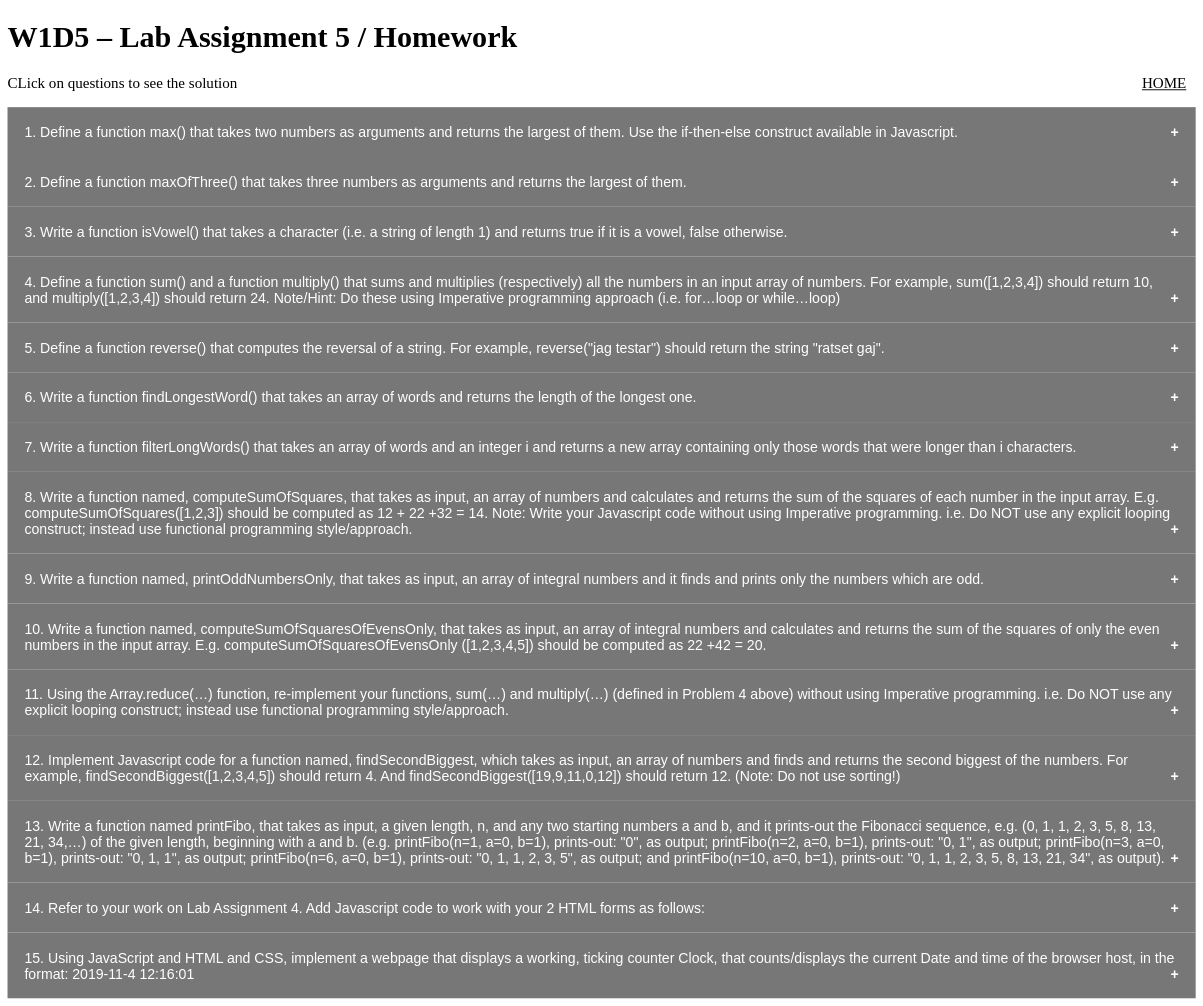
Repository: luqmang316/luqmang316.github.io
Page: BasicJavaScript/BasicJavaScript.html
The author's editor kept a copy of each file at every save. The page is drawn from the files as they stood at one save, then again after the next save.
The browser window is 1280 px wide. The pictures show the whole page, at 94% of full size.

Above is the page before, as saved 2020-11-08 15:34:22.

### BasicJavaScript/BasicJavaScript.html
<!DOCTYPE html>
<html lang="en">

<head>
    <meta charset="UTF-8">
    <meta name="viewport" content="width=device-width, initial-scale=1.0">
    <title>Document</title>
    <link rel="stylesheet" type="text/css" href="../css/BasicJavaScript.css">
    <script src="../js/BasicJavaScript.js" type="text/javascript"></script>
</head>

<body>
    <h1> W1D5 – Lab Assignment 5 / Homework</h1>
    <a class="home" href="../index.html">HOME</a>

    <p>CLick on questions to see the solution</p>
    <button class="collapsible">1. Define a function max() that takes two numbers as arguments and returns the largest of them. Use the if-then-else construct available in Javascript.</button>
    <div class="content">

        <div class="box-left-column">
            <span>Find the Max between two numbers i.e 7,8</span>
            <p>
                <button onclick="max(7,8);">Find Max</button>
                <span>Result:</span>
                <span id="output"></span>
            </p>
        </div>

        <div class="box-right-column">
            <pre>
                &lt;script&gt;
                function max(num1 ,  num2) {
                    if(num1>num2)
                        return num1;
                    else
                        return num1
                }
                &lt;/script&gt;
            </pre>
        </div>
    </div>
    <button class="collapsible">2.	Define a function maxOfThree() that takes three numbers as arguments and returns the largest of them.</button>
    <div class="content">
        <div class="box-left-column">
            <span>Find the Max between three numbers i.e 7,8,121</span>
            <p>
                <button onclick="findMaxNumber(7,8,121);">Find Max</button>
                <span>Result:</span>
                <span id="output2"></span>
            </p>
        </div>

        <div class="box-right-column">
            <pre>
                &lt;script&gt;
                function findMaxNumber() {
                    let max = -Infinity;
                    for (let i = 0; i < arguments.length; i++) {
                        if (arguments[i] > max) {
                            max = arguments[i];
                        }
                    }
                    return max;
                }
                &lt;/script&gt;
            </pre>
        </div>
    </div>

    <button class="collapsible">3.	Write a function isVowel() that takes a character (i.e. a string of length 1) and returns true if it is a vowel, false otherwise.</button>
    <div class="content">
        <div class="box-left-column">
            <span>Check Weather the letter 'i' is Vowel or not</span>
            <p>
                <button onclick="isVowel('i');">Check Vowel</button>
                <span>Result:</span>
                <span id="output3"></span>
            </p>
        </div>

        <div class="box-right-column">
            <pre>
                &lt;script&gt;
                function isVowel(c) {
                    var result;
                    result = c == "A" || c == "a" || c == "E" || c == "e" || c == "I" || c == "i" || c == "O" || c == "o" || c == "U" || c == "u";
                    return result;
                }
                &lt;/script&gt;
            </pre>
        </div>
    </div>

    <button class="collapsible">4. Define a function sum() and a function multiply() that sums and multiplies (respectively) all the numbers in an input array of numbers. For example, sum([1,2,3,4]) should return 10, and multiply([1,2,3,4]) should return 24. Note/Hint: Do these using Imperative programming approach (i.e. for…loop or while…loop)</button>
    <div class="content">
        <div class="box-left-column">
            <span>For example, sum([1,2,3,4]) should return 10, and multiply([1,2,3,4]) should return 24.</span>
            <p>
                <button onclick="sum([1,2,3,4]);">Check Sum</button>
                <span>Sum Result:</span>
                <span id="output4a"></span>
                <button onclick="multiply([1,2,3,4]);">Check Multiply</button>
                <span>Multiply Result:</span>
                <span id="output4b"></span>
            </p>
        </div>

        <div class="box-right-column">
            <pre>
                &lt;script&gt;
                function sum(arr) {
                    let total = 0;
                    for (let i in arr) {
                        total += arr[i];
                    }
                    return total;
                }

                function multiply(arr) {
                    let total = 1;
                    for (let i in arr) {
                        total *= arr[i];
                    }
                    return total;
                }
                &lt;/script&gt;
            </pre>
        </div>
    </div>


    <button class="collapsible">5.	Define a function reverse() that computes the reversal of a string. For example, reverse("jag testar") should return the string "ratset gaj".</button>
    <div class="content">
        <div class="box-left-column">
            <span>For example, reverse("jag testar") should return the string "ratset gaj".</span>
            <p>
                <button onclick="reverse('jag testar');">Find Reverse</button>
                <span>Result:</span>
                <span id="output5"></span>
            </p>
        </div>

        <div class="box-right-column">
            <pre>
                &lt;script&gt;
                function reverse(oldstr) {
                    let reverseStr='';
                    for (let i = oldstr.length - 1; i >= 0; i--) {
                        reverseStr += oldstr[i];
                    }
                    return reverseStr;
                }
                &lt;/script&gt;
            </pre>
        </div>
    </div>


    <button class="collapsible">6.	Write a function findLongestWord() that takes an array of words and returns the length of the longest one.</button>
    <div class="content">
        <div class="box-left-column">
            <span>Find the findLongestWord() i.e owais ,obina ,Maharishi, john , alice</span>
            <p>
                <button onclick="findLongestWord(['owais' ,'obina' ,'Maharishi']);">Find Longest Word</button>
                <span>Result:</span>
                <span id="output6"></span>
            </p>
        </div>

        <div class="box-right-column">
            <pre>
                &lt;script&gt;
                function findLongestWord(strArray) {
                    let word = null;
                    let lw = 0;
                    strArray.forEach(function (str) {
                        if (lw < str.length) {
                            lw = str.length;
                            word = str;
                        }
                    });
                    return word;
                }
                &lt;/script&gt;
            </pre>
        </div>
    </div>

    <button class="collapsible">7.	Write a function filterLongWords() that takes an array of words and an integer i and returns a new array containing only those words that were longer than i characters.</button>
    <div class="content">
        <div class="box-left-column">
            <span> FilterLongWords i.e owais ,obina ,Maharishi, john , alice with length greater then 4.</span>
            <p>
                <button onclick="filterLongWords(['owais' ,'obina' ,'Maharishi','john','alice'],4);">Find Max</button>
                <span>Result:</span>
                <span id="output7"></span>
            </p>
        </div>

        <div class="box-right-column">
            <pre>
                &lt;script&gt;
                function filterLongWords(strArray, intVal) {
                    let word = new Array();
                    let lw = 0;
                    strArray.forEach(function (str) {
                        if (intVal < str.length) {
                            word.push(str);
                        }
                    });
                    return word;
                }
                &lt;/script&gt;
            </pre>
        </div>
    </div>

    <button class="collapsible">8.	Write a function named, computeSumOfSquares, that takes as input, an array of numbers and calculates and returns the sum of the squares of each number in the input array. E.g. computeSumOfSquares([1,2,3]) should be computed as 12 + 22 +32 = 14. Note: Write your Javascript code without using Imperative programming. i.e. Do NOT use any explicit looping construct; instead use functional programming style/approach.</button>
    <div class="content">
        <div class="box-left-column">
            <span>E.g. computeSumOfSquares([1,2,3]) should be computed as 12 + 22 +32 = 14</span>
            <p>
                <button onclick="computeSumOfSquares([1,2,3]);">Compute Sum Of Squares</button>
                <span>Result:</span>
                <span id="output8"></span>
            </p>
        </div>

        <div class="box-right-column">
            <pre>
                &lt;script&gt;
                function computeSumOfSquares(arr){
                    let r = arr.reduce(function (a, b) {
                        return a+(b*b);
                    })
                    return r
                }
                &lt;/script&gt;
            </pre>
        </div>
    </div>

    <button class="collapsible">9.	Write a function named, printOddNumbersOnly, that takes as input, an array of integral numbers and it finds and prints only the numbers which are odd.</button>
    <div class="content">
        <div class="box-left-column">
            <span>Find Odd Numbers i.e 1,2,3,8,4,7,6,9</span>
            <p>
                <button onclick="printOddNumbersOnly([1,2,3,8,4,7,6,9]);">Find Odd Numbers</button>
                <span>Result:</span>
                <span id="output9"></span>
            </p>
        </div>

        <div class="box-right-column">
            <pre>
                &lt;script&gt;
                function printOddNumbersOnly(intArray){
                    for(let i=0; i < intArray.length; i++){
                        if((intArray[i] % 2) == 0){
                            continue;
                        }else{
                            console.log(intArray[i] +" is Odd Number");
                        }
                    }
                }
                &lt;/script&gt;
            </pre>
        </div>
    </div>


    <button class="collapsible">10.	Write a function named, computeSumOfSquaresOfEvensOnly, that takes as input, an array of integral numbers and calculates and returns the sum of the squares of only the even numbers in the input array. E.g. computeSumOfSquaresOfEvensOnly ([1,2,3,4,5]) should be computed as 22 +42 = 20.</button>
    <div class="content">
        <div class="box-left-column">
            <span>E.g. computeSumOfSquaresOfEvensOnly ([1,2,3,4,5]) should be computed as 4 +16 = 20.</span>
            <p>
                <button onclick="computeSumOfSquaresOfEvensOnly([1,2,3,4,5]);">Compute Sum Of Squares Of Events</button>
                <span>Result:</span>
                <span id="output10"></span>
            </p>
        </div>

        <div class="box-right-column">
            <pre>
                &lt;script&gt;
                function computeSumOfSquaresOfEvensOnly(intArray){
                    let total =0;
                    for(let i=0; i < intArray.length; i++){
                        if((intArray[i] % 2) == 0){
                            total+=intArray[i]*intArray[i]
                        }
                    }
                    return total;
                }
                &lt;/script&gt;
            </pre>
        </div>
    </div>

    <button class="collapsible">11.	Using the Array.reduce(…) function, re-implement your functions, sum(…) and multiply(…) (defined in Problem 4 above) without using Imperative programming. i.e. Do NOT use any explicit looping construct; instead use functional programming style/approach. </button>
    <div class="content">
        <div class="box-left-column">
            <span>E.g. sumUsingReduce([1,2,3,4]) =10, multiplyUsingReduce([1,2,3,4])=24</span>
            <p>
                <button onclick="sumUsingReduce([1,2,3,4]);">Sum Using Reduce</button>
                <span>Sum Result:</span>
                <span id="output11a"></span>
                <button onclick="multiplyUsingReduce([1,2,3,4]);">Multiply Using Reduce</button>
                <span>Multiply Result:</span>
                <span id="output11b"></span>
            </p>
        </div>

        <div class="box-right-column">
            <pre>
                &lt;script&gt;
                function sumUsingReduce(arr) {
                    let r = arr.reduce(function (a, b) {
                        return a+b;
                      })
                    return r
                }

                function multiplyUsingReduce(arr) {
                    let r = arr.reduce(function (a, b) {
                        return a*b;
                      })
                    return r
                }
                &lt;/script&gt;
            </pre>
        </div>
    </div>

    <button class="collapsible">12.	Implement Javascript code for a function named, findSecondBiggest, which takes as input, an array of numbers and finds and returns the second biggest of the numbers. For example, findSecondBiggest([1,2,3,4,5]) should return 4. And findSecondBiggest([19,9,11,0,12]) should return 12. (Note: Do not use sorting!)</button>
    <div class="content">
        <div class="box-left-column">
            <span>E.g. FindSecondBiggest([19,9,11,0,12]) should return 12</span>
            <p>
                <button onclick="findSecondBiggest([19,9,11,0,12]);">Find Second Biggest</button>
                <span>Result:</span>
                <span id="output12"></span>
            </p>
        </div>

        <div class="box-right-column">
            <pre>
                &lt;script&gt;
                function findSecondBiggest(arr) {
                    let max =0, secondMax = 0;

                    for (const value of arr) {
                        if (value > max) {
                            [secondMax, max] = [max, value]
                        } else if (value < max && value > secondMax) {
                            secondMax = value;
                        }
                    }

                    return secondMax;
                }
                &lt;/script&gt;
            </pre>
        </div>
    </div>


    <button class="collapsible">13.	Write a function named printFibo, that takes as input, a given length, n, and any two starting numbers a and b, and it prints-out the Fibonacci sequence, e.g. (0, 1, 1, 2, 3, 5, 8, 13, 21, 34,…) of the given length, beginning with a and b. (e.g. printFibo(n=1, a=0, b=1), prints-out: "0", as output; printFibo(n=2, a=0, b=1), prints-out: "0, 1", as output; printFibo(n=3, a=0, b=1), prints-out: "0, 1, 1", as output; printFibo(n=6, a=0, b=1), prints-out: "0, 1, 1, 2, 3, 5", as output; and printFibo(n=10, a=0, b=1), prints-out: "0, 1, 1, 2, 3, 5, 8, 13, 21, 34", as output).</button>
    <div class="content">
        <div class="box-left-column">
            <span>Print Fibonaci Series E.g. (0, 1, 1, 2, 3, 5, 8, 13, 21, 34,…) </span>
            <p>
                <button onclick="printFibo(9, 0, 1 );">Print Fibonaci Series</button>
                <span>Result:</span>
                <span id="output13"></span>
            </p>
        </div>

        <div class="box-right-column">
            <pre>
                &lt;script&gt;
                function printFibo(n, a, b ){
                    if(n>0){
                        console.log(a);
                    }
                    if(n>1){
                        console.log(b);
                    }
                    for (let i = 2; i < n; i++) {
                        let r = a+b;
                        a=b;
                        b=r;
                        console.log(r);
                    }
                }
                &lt;/script&gt;
            </pre>
        </div>
    </div>

    <button class="collapsible">14.	Refer to your work on Lab Assignment 4. Add Javascript code to work with your 2 HTML forms as follows:</button>
    <div class="content">
        <p>
            <span>a. Login Form: Add code such that when the Submit button is clicked, the values entered in the input fields are printed to the Console.</span>
            <br/>
            <br/>
            <a href="../w1d4/loginForm.html">Login Form</a>

        </p>
        <p>
            <span>b. New Product Form: Add code such that when the Submit button is clicked, the values entered in the input fields are displayed in a pop-up window.</span>
            <br/>
            <a href="../w1d4/productForm.html">New Product Form</a>
        </p>

    </div>


    <button class="collapsible">15.	Using JavaScript and HTML and CSS, implement a webpage that displays a working, ticking counter Clock, that counts/displays the current Date and time of the browser host, in the format: 2019-11-4 12:16:01  </button>
    <div class="content">
        <div class="box-left-column">
            <span>Ticking counter Clock</span>
            <p>
                <button onclick="">Show Ticking counter Clock</button>
                <span>Time:</span>
                <span id="output15"></span>
            </p>
        </div>

        <div class="box-right-column">
            <pre>
                &lt;script&gt;
                setInterval(() => {
                    let now = new Date();
                    console.log(now.getFullYear()+"-"+now.getMonth()+"-"+now.getDate()+" " +now.getHours()+":"+now.getMinutes()+":"+now.getSeconds());
                }, 1000)
                &lt;/script&gt;
            </pre>
        </div>
    </div>

    <script>
        var coll = document.getElementsByClassName("collapsible");
        var i;

        for (i = 0; i < coll.length; i++) {
            coll[i].addEventListener("click", function() {
                this.classList.toggle("active");
                var content = this.nextElementSibling;
                if (content.style.maxHeight) {
                    content.style.maxHeight = null;
                } else {
                    content.style.maxHeight = content.scrollHeight + "px";
                }
            });
        }
    </script>


</body>

</html>

### css/BasicJavaScript.css
.collapsible {
    background-color: #777;
    color: white;
    cursor: pointer;
    padding: 18px;
    width: 100%;
    border: none;
    text-align: left;
    outline: none;
    font-size: 15px;
  }

  .active, .collapsible:hover {
    background-color: #555;
  }

  .collapsible:after {
    content: '\002B';
    color: white;
    font-weight: bold;
    float: right;
    margin-left: 5px;
  }

  .active:after {
    content: "\2212";
  }

  .content {
    padding: 0 18px;
    max-height: 0;
    overflow: hidden;
    transition: max-height 0.2s ease-out;
    background-color: #f1f1f1;
    display: grid;
    grid-template-columns: 550px 450px;
    grid-template-rows: auto;
    overflow: hidden;
  }

.box-right-column{
    padding-bottom: 40px;
}
.box-left-column{
    background-color: #fff;
    padding-bottom: 5px;
}


.home{
  float: right;
  margin-right: 10px;
  color:black;
}

### js/BasicJavaScript.js
"use strict";

function max(num1 ,  num2) {
    if(num1>num2)
    document.getElementById("output").innerHTML = num1;
    else
    document.getElementById("output").innerHTML = num2;
}


function findMax() {
    let max = -Infinity;
    for (let i = 0; i < arguments.length; i++) {
        if (arguments[i] > max) {
            max = arguments[i];
        }
    }
    document.getElementById("output").innerHTML = max;
}

function findMaxNumber() {
    let max = -Infinity;
    for (let i = 0; i < arguments.length; i++) {
        if (arguments[i] > max) {
            max = arguments[i];
        }
    }
    document.getElementById("output2").innerHTML = max;
}

function isVowel(c) {
    var result;
    result = c == "A" || c == "a" || c == "E" || c == "e" || c == "I" || c == "i" || c == "O" || c == "o" || c == "U" || c == "u";
    document.getElementById("output3").innerHTML = result;
}

function sum(arr) {
    let total = 0;
    for (let i in arr) {
        total += arr[i];
    }
    document.getElementById("output4a").innerHTML = total;
}

function multiply(arr) {
    let total = 1;
    for (let i in arr) {
        total *= arr[i];
    }
    document.getElementById("output4b").innerHTML = total;
}

function reverse(oldstr) {
    let reverseStr='';
    for (let i = oldstr.length - 1; i >= 0; i--) {
        reverseStr += oldstr[i];
    }
    document.getElementById("output5").innerHTML =reverseStr;
}

function findLongestWord(strArray) {
    let word = null;
    let lw = 0;
    strArray.forEach(function (str) {
        if (lw < str.length) {
            lw = str.length;
            word = str;
        }
    });
    document.getElementById("output6").innerHTML = word;
}

function filterLongWords(strArray, intVal) {
    let word = new Array();
    let lw = 0;
    strArray.forEach(function (str) {
        if (intVal < str.length) {
            word.push(str);
        }
    });
    document.getElementById("output7").innerHTML =  word;
}

function computeSumOfSquares(arr){
    let r = arr.reduce(function (a, b) {
        return a+(b*b);
    })
    document.getElementById("output8").innerHTML =  r
}

function printOddNumbersOnly(intArray){
    let oddArray = new Array();
    for(let i=0; i < intArray.length; i++){
        if((intArray[i] % 2) == 0){
            continue;
        }else{
            oddArray.push(intArray[i]);
            console.log(intArray[i] +" is Odd Number");
        }
    }
    document.getElementById("output9").innerHTML = oddArray;
}

function computeSumOfSquaresOfEvensOnly(intArray){
    let total =0;
    for(let i=0; i < intArray.length; i++){
        if((intArray[i] % 2) == 0){
            total+=intArray[i]*intArray[i]
        }
    }
    document.getElementById("output10").innerHTML = total;
}

function sumUsingReduce(arr) {
    let r = arr.reduce(function (a, b) {
        return a+b;
      })
      document.getElementById("output11a").innerHTML = r;
}

function multiplyUsingReduce(arr) {
    let r = arr.reduce(function (a, b) {
        return a*b;
      })
      document.getElementById("output11b").innerHTML = r;
}

function findSecondBiggest(arr) {
    let max =0, secondMax = 0;

    for (const value of arr) {
        if (value > max) {
            [secondMax, max] = [max, value]
        } else if (value < max && value > secondMax) {
            secondMax = value;
        }
    }

    document.getElementById("output12").innerHTML = secondMax;
}

function printFibo(n, a, b ){
    let fiboArray = new Array();
    if(n>0){
        console.log(a);
        fiboArray.push(a);
    }

    if(n>1){
        console.log(b);
        fiboArray.push(b);
    }
    for (let i = 2; i < n; i++) {
        let r = a+b;
        a=b;
        b=r;
        console.log(r);
        fiboArray.push(r);
    }
    document.getElementById("output13").innerHTML = fiboArray;
}

After the next save:
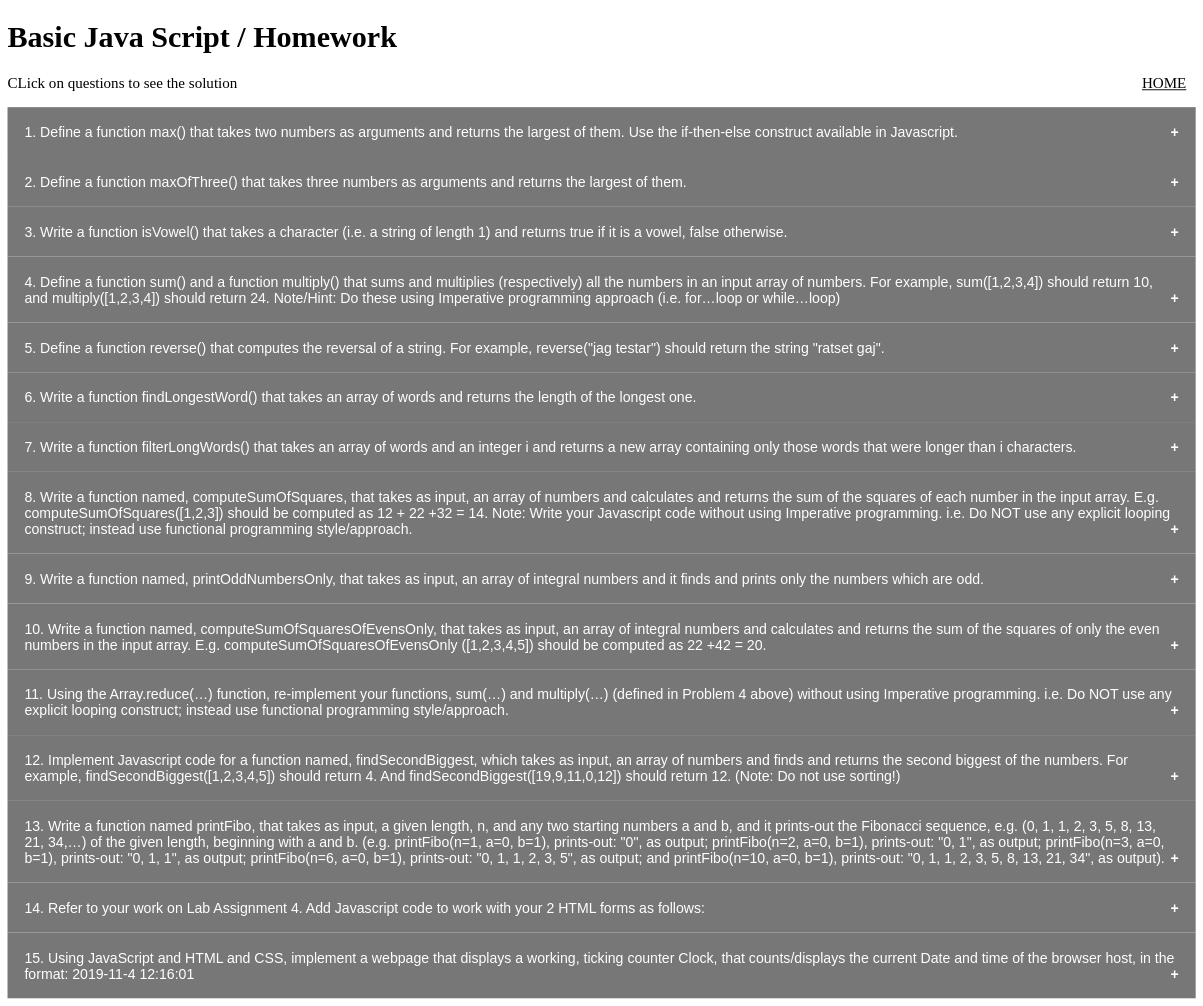
Saved 58 s later.
--- a/BasicJavaScript/BasicJavaScript.html
+++ b/BasicJavaScript/BasicJavaScript.html
@@ -10,7 +10,7 @@
 </head>
 
 <body>
-    <h1> W1D5 – Lab Assignment 5 / Homework</h1>
+    <h1> Basic Java Script / Homework</h1>
     <a class="home" href="../index.html">HOME</a>
 
     <p>CLick on questions to see the solution</p>
